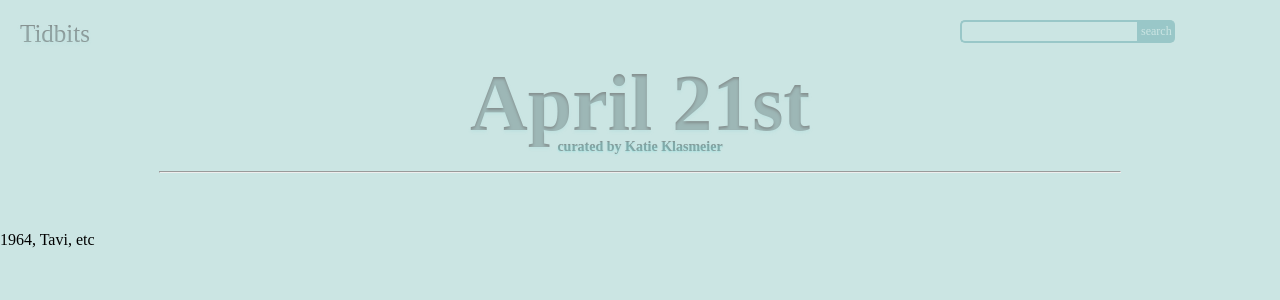
Repository: kklasmei/kklasmei.github.io
Page: tidbits/april21.html
The author's editor kept a record of every edit. The page is drawn from the files as they stood at one moment, then again after the next edit.
The browser window is 1280 px wide. The pictures show the whole page.

Above is the page before.

### tidbits/april21.html
<html>
    <head>
        <title>April 21</title>
        <link rel="stylesheet" href="tidbits.css">
    </head>
    <body>
    <div id="search">
		<form id="searchbody" method="get" action="http://kklasmei.github.io/tidbits/home.html">
		        <input type="text" class="bar" maxlength="70"><input type="submit" value="search" class="button">
		</form>
		    	<p1> Tidbits </p1>
	<div class="tfclear"></div>
	</div>
        <h1> April 21st </h1>
        <h2> curated by Katie Klasmeier </h2>
        <hr>
    	<br>
    	<p2>1964, Tavi, etc</p2>



    </body>
</html>

### tidbits/tidbits.css
h1 {
    text-align: center;
    font-size: 80;
    padding-top: 10;
    margin-bottom: -10;
    margin-top: 0;
    font-family: Archer;
    opacity: .6;
    background-color: #565656;
    color: transparent;
    text-shadow: 0px 2px 3px rgba(167,219,219,.5);
  -webkit-background-clip: text;
     -moz-background-clip: text;
          background-clip: text;
}

h2 {
    text-align: center;
    font-size: 14;
    font-family: Archer;
    opacity: .6;
    background-color: #565656;
    padding-bottom: 8;
    padding-top: -40;
    margin: 0;
    color: transparent;
    text-shadow: 0px 1px 2px rgba(68,219,219,.5);
  -webkit-background-clip: text;
     -moz-background-clip: text;
          background-clip: text;
}

body {
    background: #cbe5e3;
    margin: 0;
    padding: 0;
}

hr {
    margin-bottom: 40;
    width: 75%;
    color: #44dbdb;
    display: block;
    height: 0;
}

.submit {
    text-align: center;
}

.month, .day {
    display: inline;
}

.date {
    text-align: center;
}

#searchbody {
	float: right;
	padding-left: 75%;
	padding-top: 20px;
	margin-right: 20px;
	position: absolute;

}

.bar {
		margin: 0;
		padding: 2px 10px;
		font-family: Archer;
		font-size: 12px;
		border: 2px solid #99c7c8; border-right: 0px;
		border-top-left-radius: 5px 5px;
		border-bottom-left-radius: 5px 5px;
		background-color: transparent;
}

.bar:focus {
    outline: none;
}

.button {
		margin: 0;
		padding: 3px 3px;
		font-family: Archer;
		font-size: 12px;
		cursor: pointer;
		text-align: center;
		color: #cbe5e3;
		border: solid 1px #99c7c8; border-right:0px;
		background: #99c7c8;
		background: -webkit-gradient(linear, left top, left bottom, from(#99c7c8), to(#99c7c8));
		background: -moz-linear-gradient(top,  #99c7c8,  #99c7c8);
		border-top-right-radius: 5px 5px;
		border-bottom-right-radius: 5px 5px;
	}
	.tfbutton:hover {
		text-decoration: none;
		background: #99c7c8;
		background: -webkit-gradient(linear, left top, left bottom, from(#99c7c8), to(#99c7c8));
		background: -moz-linear-gradient(top,  #99c7c8,  #99c7c8);
	}
	/* Fixes submit button height problem in Firefox */
	.tfbutton::-moz-focus-inner {
	  border: 0;
	}
	.tfclear{
		clear:both;
	}

p1 {
    font-family: Archer-Bold;
    float: left;
    font-size: 25;
    padding-top: 20px;
    margin-left: 20px;
    padding-right: 75%;
    opacity: .6;
    background-color: #565656;
    color: transparent;
    text-shadow: 0px 2px 3px rgba(167,219,219,.5);
  -webkit-background-clip: text;
     -moz-background-clip: text;
          background-clip: text;
}

p1, #searchbody {
    display: inline;
}

After the next edit:
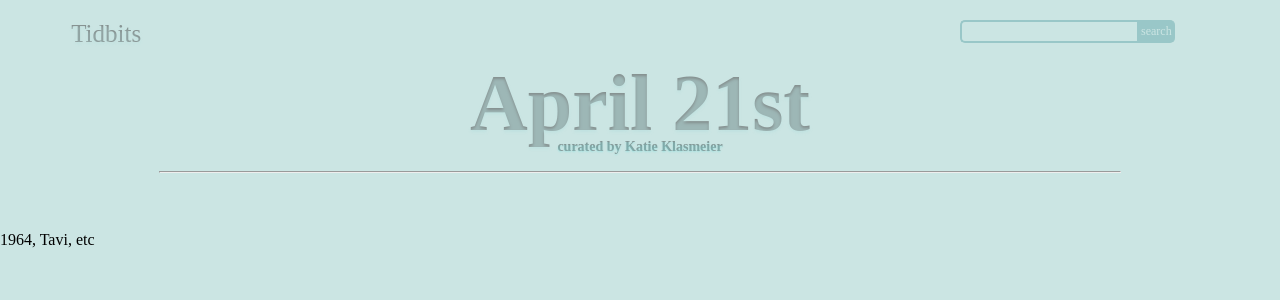
The edit:
--- a/tidbits/tidbits.css
+++ b/tidbits/tidbits.css
@@ -115,7 +115,7 @@
     font-size: 25;
     padding-top: 20px;
     margin-left: 20px;
-    padding-right: 75%;
+    padding-left: 4%;
     opacity: .6;
     background-color: #565656;
     color: transparent;
